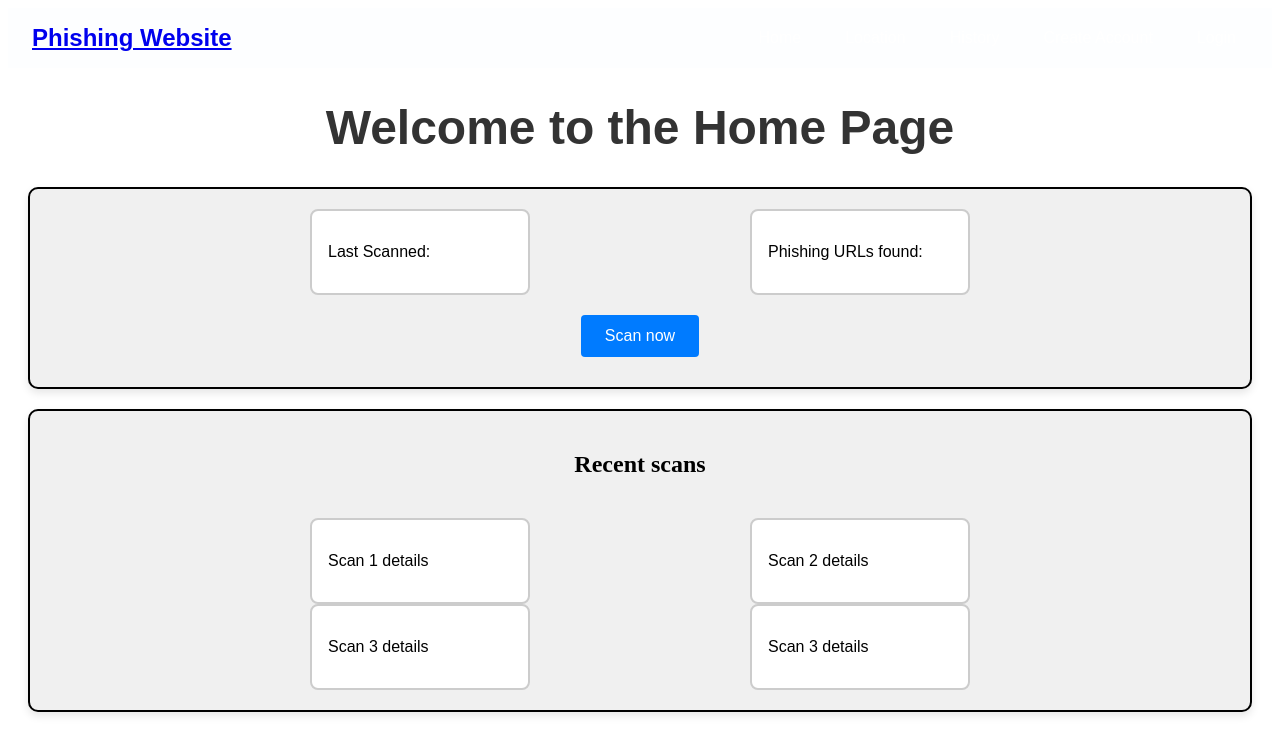
Repository: 2305199/Final-year-project
Page: / (app in frontend/)
An editor plug-in stored every save of this project. The page is shown before and after the next save, followed by the edit.
The browser window is 1280 px wide. The pictures show the whole page.
The project was rebuilt for these pictures with package versions that can differ from the ones it lists, and the page was loaded fresh each time. Also part of the build but not shown: frontend/vite.config.js, frontend/src/Location/Location.jsx, frontend/src/History/History.jsx, frontend/src/User/CreateAccount.jsx, frontend/src/User/Login.jsx.

Above is the page before, as saved 2026-01-29 01:39:59.

### frontend/src/App.jsx
import { BrowserRouter as Router, Routes, Route } from 'react-router-dom';
import Home from './Home/Home.jsx'
import Location from './Location/Location.jsx'
import History from './History/History.jsx'
import CreateAccount from './User/CreateAccount.jsx'
import Login from './User/Login.jsx'
import Header from './components/Header.jsx'

function App() {

  return (
    <Router>
    <Header />
   <Routes>
      <Route path="/" element={<Home />} />
      <Route path="/location" element={<Location />} />
      <Route path="/history" element={<History />} />
      <Route path="/createAccount" element={<CreateAccount />} />
      <Route path="/login" element={<Login />} />
   </Routes>
    </Router>
  )
}

export default App

### frontend/src/Home/Home.jsx
import styles from './Home.module.css'
function Home() {
    return ( <div>
        <div className={styles.title}> <h1>Welcome to the Home Page</h1></div>


<div className={styles.Box}>
  <div className={styles.topRow}>
    <div className={styles.Lscanned}>
      <p>Last Scanned:</p>
    </div>

    <div className={styles.Pfound}>
      <p>Phishing URLs found:</p>
    </div>
  </div>

  <button className={styles.scanButton}>Scan now</button>
</div>



    <div className={styles.Box}>
        <h2>Recent scans</h2>
        <div className={styles.recentScans}>
            <div className={styles.topRow}>
            <div className={styles.Lscanned}><p>Scan 1 details</p></div>
            <div className={styles.Lscanned}><p>Scan 2 details</p></div>
            </div>
            <div className={styles.topRow}>
            <div className={styles.Lscanned}><p>Scan 3 details</p></div>
             <div className={styles.Lscanned}><p>Scan 3 details</p></div>
             </div>
        </div>
    </div>

    </div>)
}
export default Home

### frontend/src/components/Header.jsx
import styles from './Header.module.css'
function Header() {
    return (   <nav className={styles.navbar}>
      <h1 className={styles.logo}>
        <a href="/">Phishing Website</a>
      </h1>

      <ul className={styles.navLinks}>
        <li><a href="/">Home</a></li>
        <li><a href="/location">Location</a></li>
        <li><a href="/history">History</a></li>
        <li><a href="/createAccount">Create Account</a></li>
        <li><a href="/login">Login</a></li>
      </ul>
    </nav>)

}
export default Header

### frontend/src/Home/Home.module.css
.title{
    text-align: center;
    font-size: 1.5rem;
    margin-bottom: 20px;
    color: #333;
    font-family: 'Arial', sans-serif;
}
.Box{
    display: flex;
    flex-direction: column;
    align-items: center;
    justify-content: center;
   border: 2px solid black;
    padding: 20px;
    margin: 20px;
    background-color: #f0f0f0;
    border-radius: 10px;
    box-shadow: 0 4px 8px rgba(0, 0, 0, 0.1);

}
.container {
  display: grid;
  gap: 20px;
}

.Box {
  display: flex;
  flex-direction: column;
  align-items: center;
  gap: 20px;
}

.Lscanned,
.Pfound {
  border: 2px solid #ccc;
  padding: 16px;
  border-radius: 8px;
  background-color: #ffffff;
  font-family: 'Arial', sans-serif;
  width: 220px;
  box-sizing: border-box;
  margin-right: 100px;
  margin-left: 100px;
}

.scanButton {
  padding: 12px 24px;
  font-size: 16px;
  background-color: #007bff;
  color: #ffffff;
  border: none;
  border-radius: 4px;
  cursor: pointer;
  transition: background-color 0.3s ease;
  margin-bottom: 10px;

}
.scanButton:hover {
  background-color: #0056b3;}
.topRow {
  display: flex;
  flex-direction: row; /* side by side */
  gap: 20px;
  align-items: center;
}

### frontend/src/components/Header.module.css
.navLinks {
  list-style: none;
  display: flex;
  gap: 20px;
  margin: 0;
  padding: 0;
}
.navLinks li {
  display: inline;
}

/* Links */
.navLinks a {
  color: #ffffff;
  text-decoration: none;
  font-size: 16px;
  padding: 8px 12px;
  border-radius: 4px;
  transition: background-color 0.3s ease;
}
.navbar {
  display: flex;
  justify-content: space-between;
  align-items: center;
  padding: 16px 24px;
  background-color: #fdfeff; /* dark navbar */
  font-family: Arial, Helvetica, sans-serif;
}
.logo {
  margin: 0;
  font-size: 24px;
}

Loaded but not shown: frontend/index.html (common file); frontend/src/main.jsx (common file); frontend/src/index.css (no stored copy; drawn as an empty file)

After the next save:
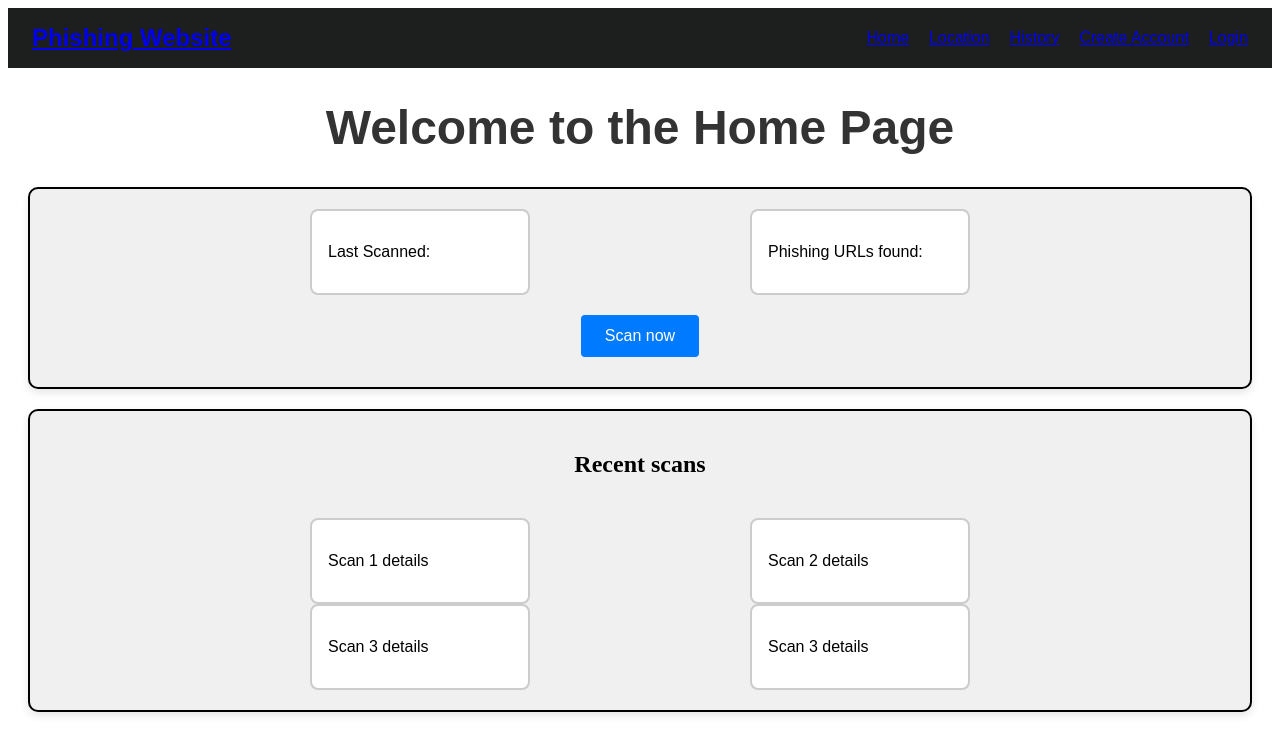
Saved 24 s later.
--- a/frontend/src/components/Header.module.css
+++ b/frontend/src/components/Header.module.css
@@ -5,25 +5,13 @@
   margin: 0;
   padding: 0;
 }
-.navLinks li {
-  display: inline;
-}
 
-/* Links */
-.navLinks a {
-  color: #ffffff;
-  text-decoration: none;
-  font-size: 16px;
-  padding: 8px 12px;
-  border-radius: 4px;
-  transition: background-color 0.3s ease;
-}
 .navbar {
   display: flex;
   justify-content: space-between;
   align-items: center;
   padding: 16px 24px;
-  background-color: #fdfeff; /* dark navbar */
+  background-color: #1d1e1e; /* dark navbar */
   font-family: Arial, Helvetica, sans-serif;
 }
 .logo {

After the save that followed:
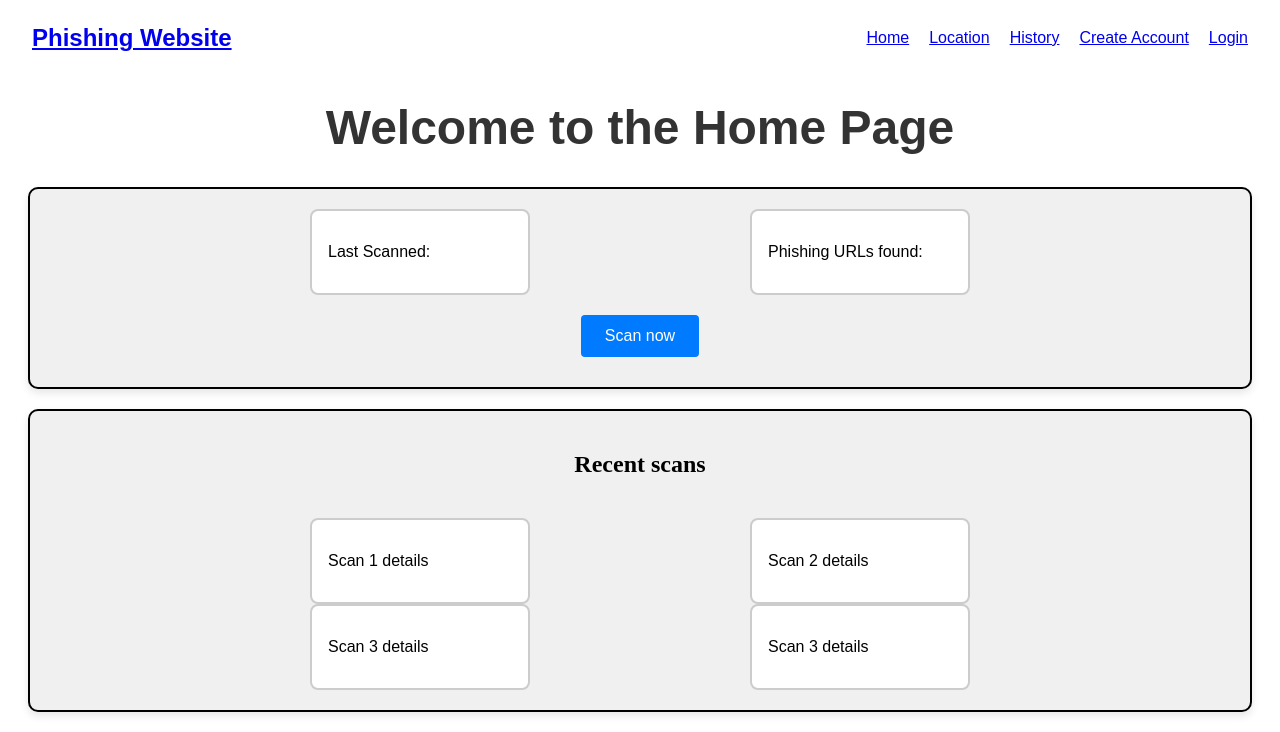
Saved 18 s later.
--- a/frontend/src/components/Header.module.css
+++ b/frontend/src/components/Header.module.css
@@ -11,8 +11,8 @@
   justify-content: space-between;
   align-items: center;
   padding: 16px 24px;
-  background-color: #1d1e1e; /* dark navbar */
   font-family: Arial, Helvetica, sans-serif;
+
 }
 .logo {
   margin: 0;
